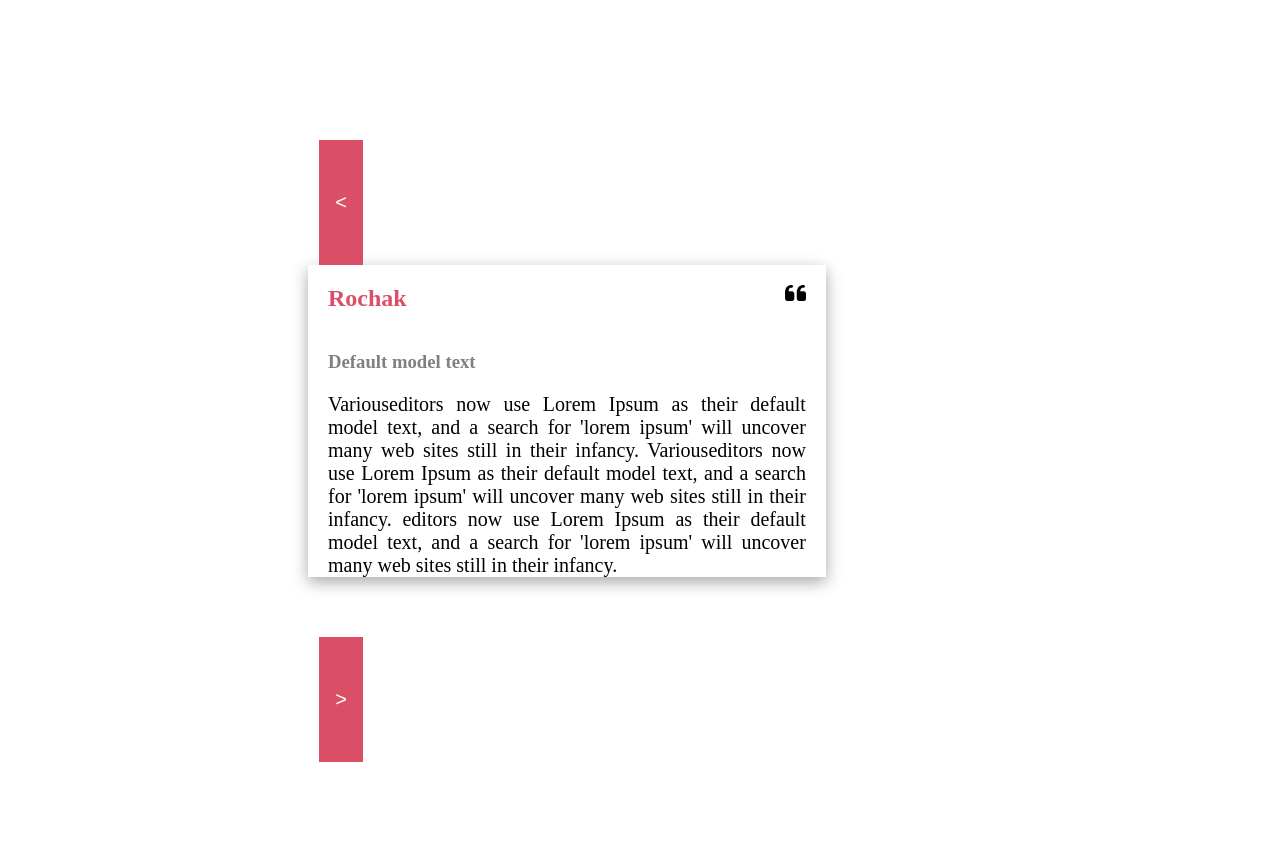
Repository: AVINKUMARP/gifts
Page: demo2.html
An editor plug-in stored every save of this project. The page is shown before and after the next save, followed by the edit.
The browser window is 1280 px wide. The pictures show the whole page.

Above is the page before, as saved 2023-08-24 14:26:25.

After the next save:
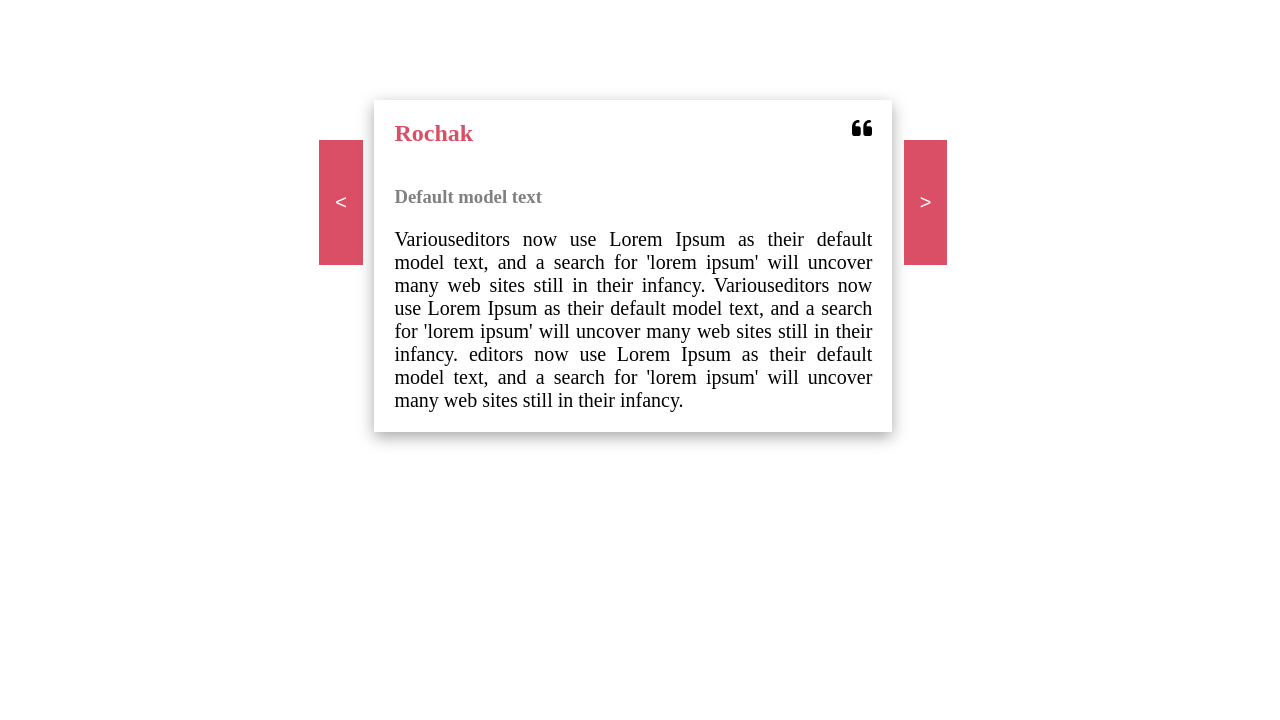
Saved 59 s later.
--- a/demo2.html
+++ b/demo2.html
@@ -7,12 +7,14 @@
     <title>Document</title>
     <style>
         .container {
+
+        }
+        .consub{
             display: flex;
             flex-wrap: wrap;
             text-align: center;
             margin: 100px 300px;
         }
-
         .cbutl {
             width: 10%;
         }
